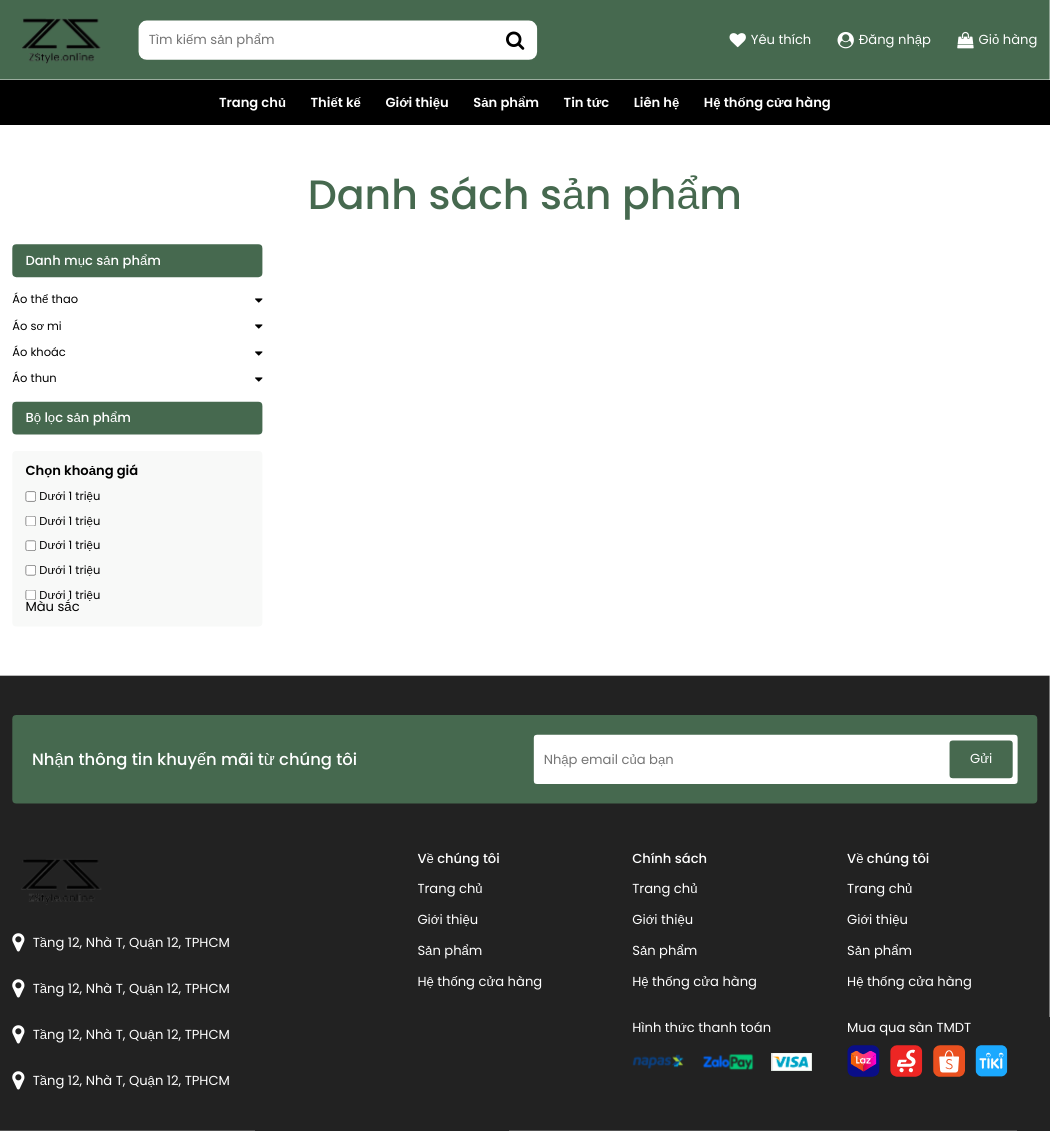
Repository: Toan3333/duanmau
Page: assets/pages/sanpham.html
The author's editor kept a copy of each file at every save. The page is drawn from the files as they stood at one save, then again after the next save.
The browser window is 1280 px wide. The pictures show the whole page, at 82% of full size.
Some web libraries are served in a nearby version.

Above is the page before, as saved 2023-11-03 10:43:17.

After the next save:
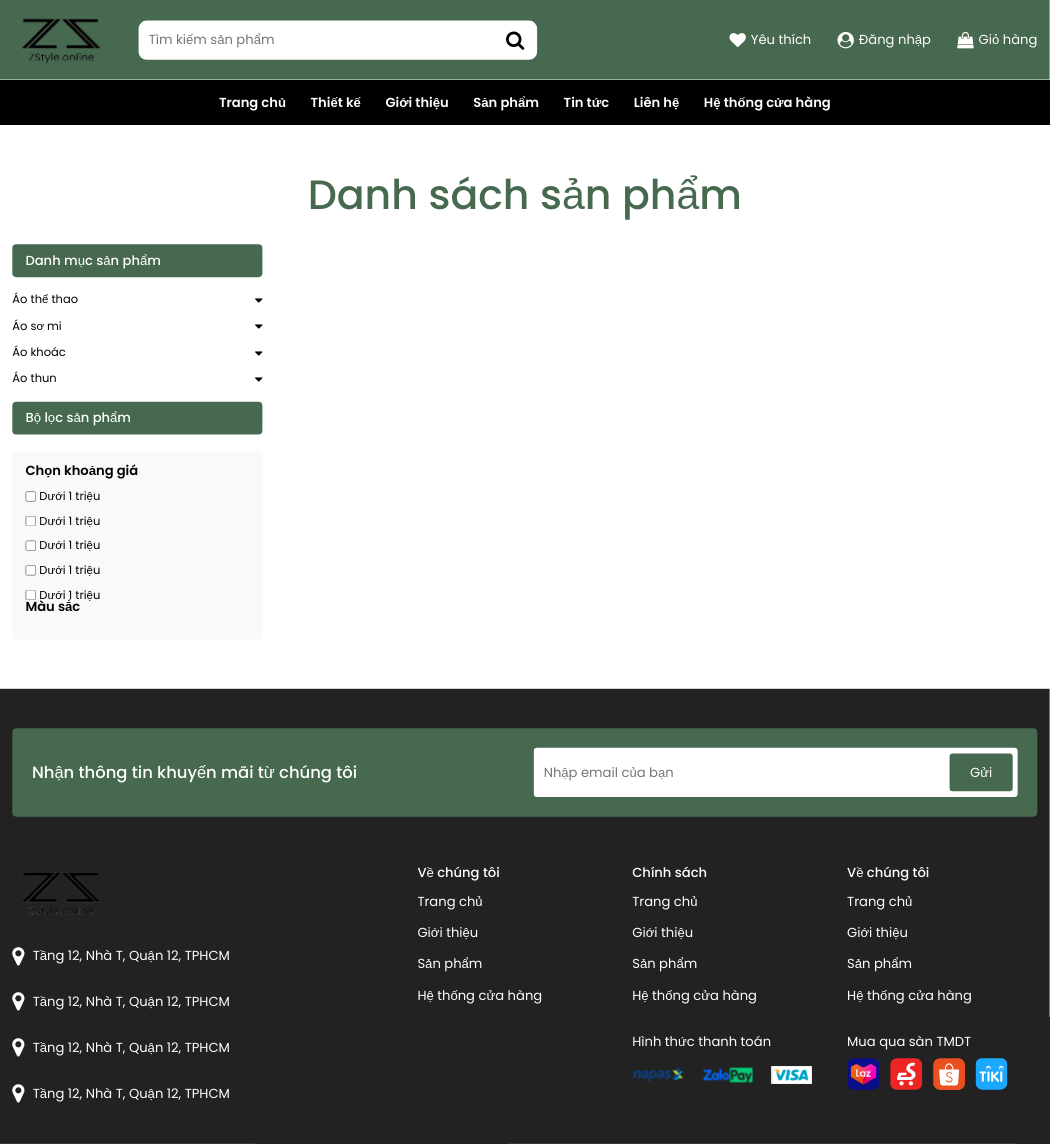
Saved 13 s later.
--- a/assets/pages/sanpham.html
+++ b/assets/pages/sanpham.html
@@ -143,7 +143,7 @@
                     </li>
                   </ul>
                 </div>
-                <div class="list-product-color">Màu sắc</div>
+                <div class="list-product-title">Màu sắc</div>
               </div>
             </div>
             <div class="list-product__right"></div>
